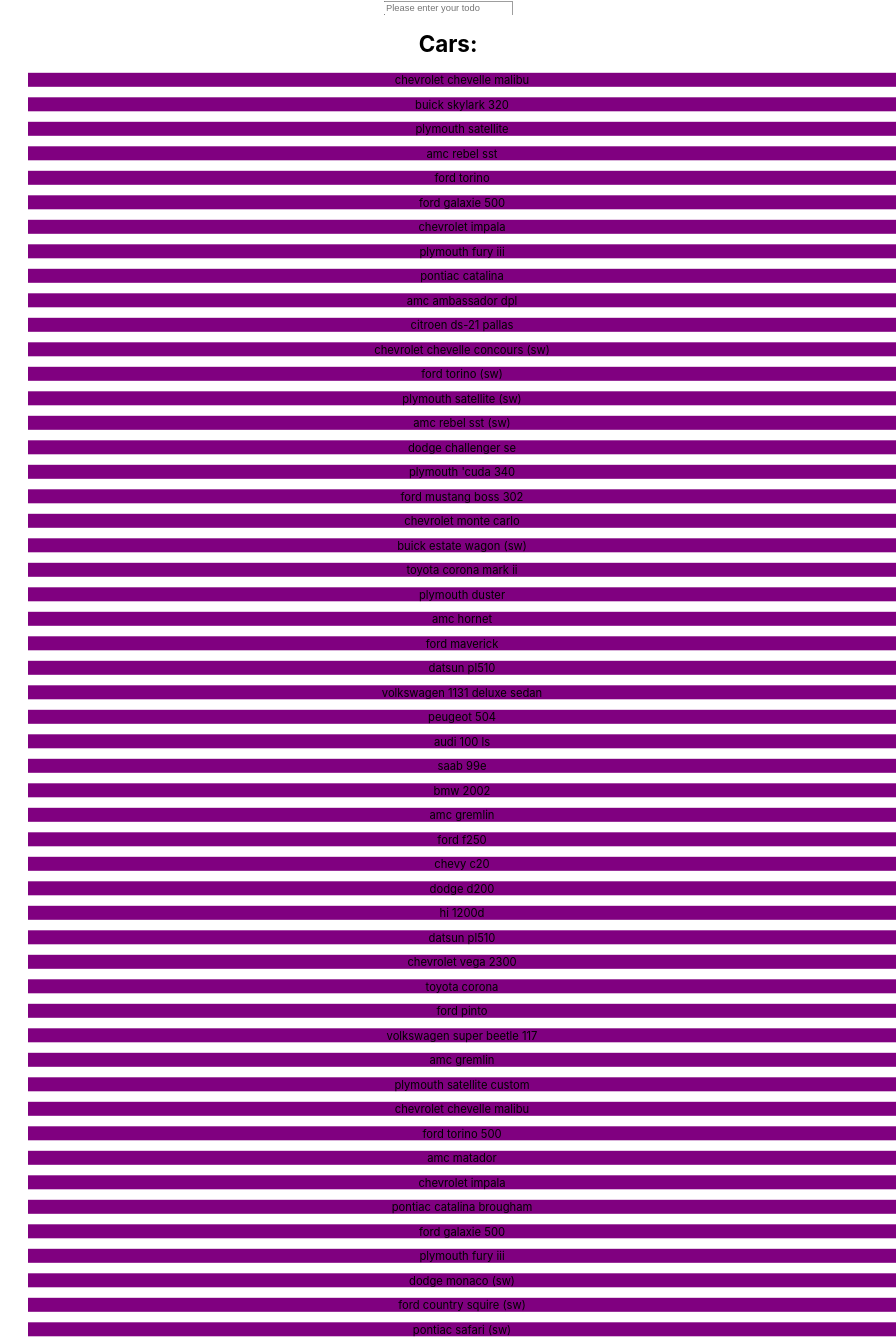
Repository: vhoreho/react
Page: / (app in myapp/)
These files come from the project's save history. The page is drawn as it stood at one moment and after the next save; the edit follows.
The browser window is 1280 px wide. The pictures show the part of the page from y = 0 to 1920 px (the page is 14315 px tall before and 14314 px after), at 70% of full size.
The project was rebuilt for these pictures with package versions that can differ from the ones it lists, and the page was loaded fresh each time.

Above is the page before, as saved 2022-08-08 20:47:38.

After the next save:
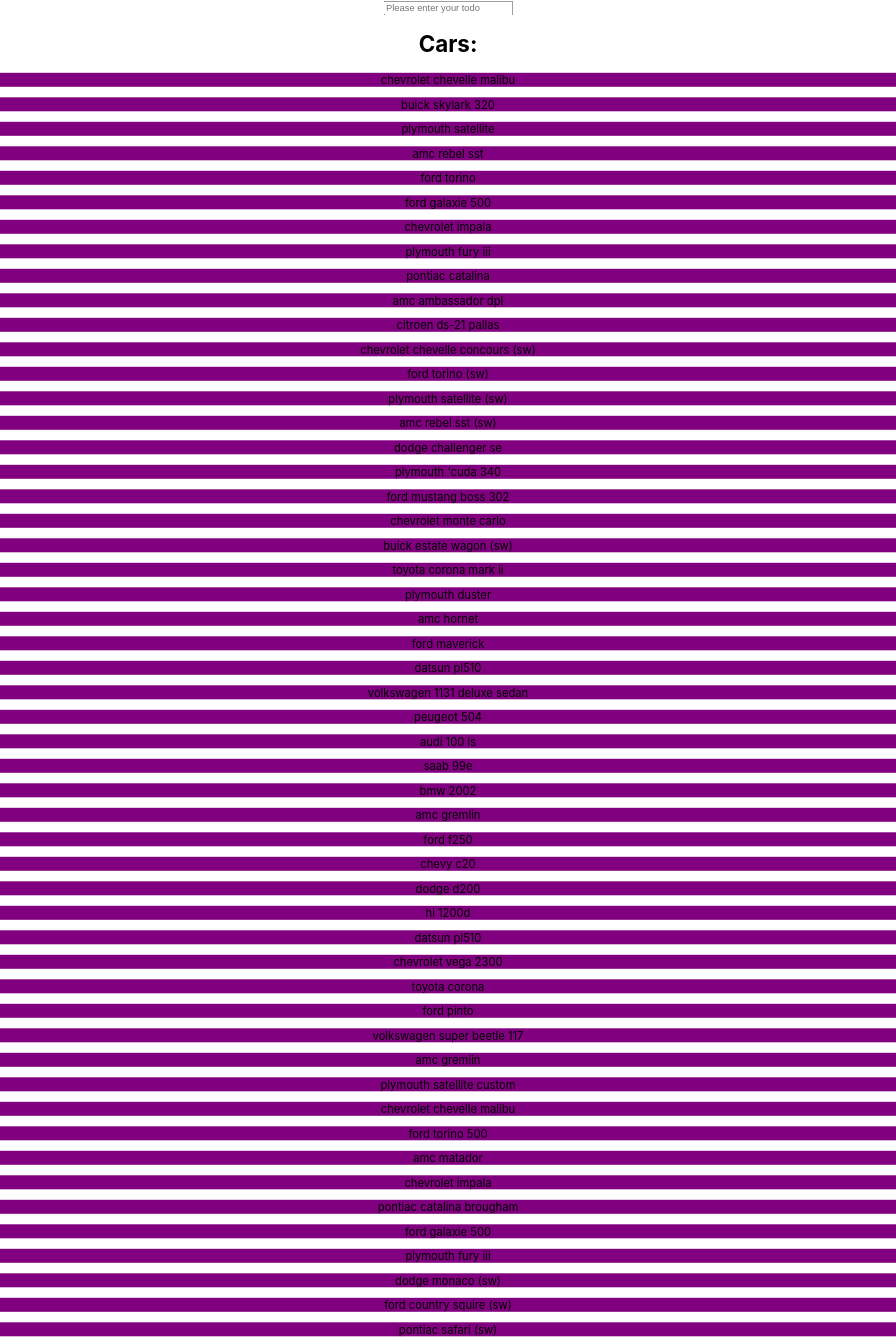
Saved 30 s later.
--- a/myapp/src/components/Cars.js
+++ b/myapp/src/components/Cars.js
@@ -7,7 +7,9 @@
     <div>
         <h1>Cars:</h1>
         <ul style={{
-          listStyle: 'none'
+          listStyle: 'none',
+          padding: 0,
+          margin: 0
         }}>
             {cars.map((item, index) => <Car key={index} {...item} />)}
         </ul>
